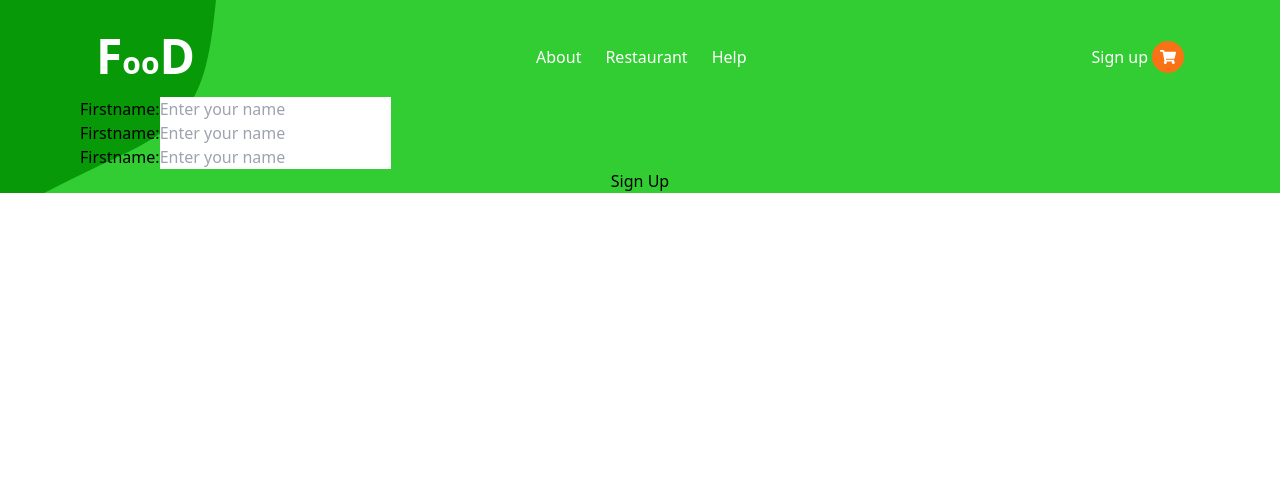
Repository: KhushiCode14/FoodWeb
Page: /signUp (app in frontend/)
An editor plug-in stored every save of this project. The page is shown before and after a run of saves, followed by the edit.
The browser window is 1280 px wide. The pictures show the whole page.
The project was rebuilt for these pictures with package versions that can differ from the ones it lists, and the page was loaded fresh each time. Also part of the build but not shown: frontend/src/Pages/Home.tsx, frontend/src/components/Home/SignIn.tsx, frontend/src/components/Home/Cart.tsx.

Above is the page before, as saved 2024-09-20 19:17:33.

After the next 2 saves:
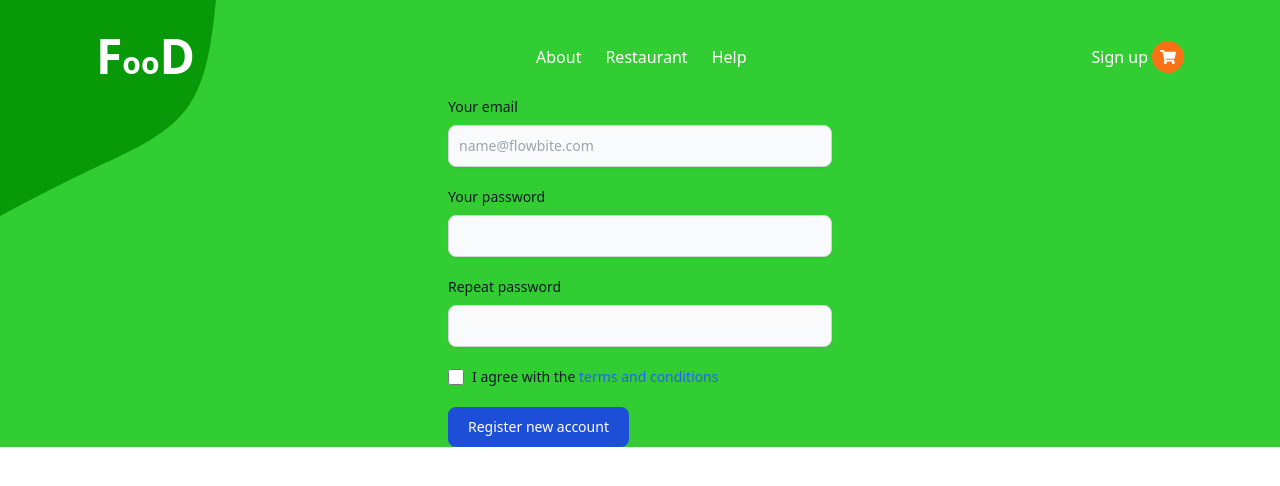
The 2 saves are shown as one change because 1 did not build or start.
The last was saved 13 min 24 s later.
--- a/frontend/src/components/Home/SignUp.tsx
+++ b/frontend/src/components/Home/SignUp.tsx
@@ -1,26 +1,95 @@
+import { useState } from "react";
 
 
-const SignUp = () => {
+const SignUp:React.FC = () => {
+  const [formData, setFormData] = useState({
+    email: '',
+    password: '',
+    repeatPassword: '',
+    terms: false,
+  });
+
+  const handleChange = (e: React.ChangeEvent<HTMLInputElement>) => {
+    const { id, value, checked, type } = e.target;
+    setFormData({
+      ...formData,
+      [id]: type === 'checkbox' ? checked : value,
+    });
+  };
+
+  const handleSubmit = (e: React.FormEvent) => {
+    e.preventDefault();
+    // Handle form submission
+    console.log(formData);
+  };
+
   return (
-    <div className="bg-inherit">
- <form className="flex flex-col">
-<div>
-<label htmlFor="firstname">Firstname:</label>
-<input type="text" id="firstname" placeholder="Enter your name" />
-</div>
-<div>
-<label htmlFor="firstname">Firstname:</label>
-<input type="text" id="firstname" placeholder="Enter your name" />
-</div>
-<div>
-<label htmlFor="firstname">Firstname:</label>
-<input type="text" id="firstname" placeholder="Enter your name" />
-</div>
-
-
-  <button type="submit">Sign Up</button>
- </form>
-    </div>
+    <form className="max-w-sm mx-auto" onSubmit={handleSubmit}>
+      <div className="mb-5">
+        <label htmlFor="email" className="block mb-2 text-sm font-medium text-gray-900 dark:text-white">
+          Your email
+        </label>
+        <input
+          type="email"
+          id="email"
+          value={formData.email}
+          onChange={handleChange}
+          className="shadow-sm bg-gray-50 border border-gray-300 text-gray-900 text-sm rounded-lg focus:ring-blue-500 focus:border-blue-500 block w-full p-2.5 dark:bg-gray-700 dark:border-gray-600 dark:placeholder-gray-400 dark:text-white dark:focus:ring-blue-500 dark:focus:border-blue-500 dark:shadow-sm-light"
+          placeholder="name@flowbite.com"
+          required
+        />
+      </div>
+      <div className="mb-5">
+        <label htmlFor="password" className="block mb-2 text-sm font-medium text-gray-900 dark:text-white">
+          Your password
+        </label>
+        <input
+          type="password"
+          id="password"
+          value={formData.password}
+          onChange={handleChange}
+          className="shadow-sm bg-gray-50 border border-gray-300 text-gray-900 text-sm rounded-lg focus:ring-blue-500 focus:border-blue-500 block w-full p-2.5 dark:bg-gray-700 dark:border-gray-600 dark:placeholder-gray-400 dark:text-white dark:focus:ring-blue-500 dark:focus:border-blue-500 dark:shadow-sm-light"
+          required
+        />
+      </div>
+      <div className="mb-5">
+        <label htmlFor="repeat-password" className="block mb-2 text-sm font-medium text-gray-900 dark:text-white">
+          Repeat password
+        </label>
+        <input
+          type="password"
+          id="repeatPassword"
+          value={formData.repeatPassword}
+          onChange={handleChange}
+          className="shadow-sm bg-gray-50 border border-gray-300 text-gray-900 text-sm rounded-lg focus:ring-blue-500 focus:border-blue-500 block w-full p-2.5 dark:bg-gray-700 dark:border-gray-600 dark:placeholder-gray-400 dark:text-white dark:focus:ring-blue-500 dark:focus:border-blue-500 dark:shadow-sm-light"
+          required
+        />
+      </div>
+      <div className="flex items-start mb-5">
+        <div className="flex items-center h-5">
+          <input
+            id="terms"
+            type="checkbox"
+            checked={formData.terms}
+            onChange={handleChange}
+            className="w-4 h-4 border border-gray-300 rounded bg-gray-50 focus:ring-3 focus:ring-blue-300 dark:bg-gray-700 dark:border-gray-600 dark:focus:ring-blue-600 dark:ring-offset-gray-800 dark:focus:ring-offset-gray-800"
+            required
+          />
+        </div>
+        <label htmlFor="terms" className="ms-2 text-sm font-medium text-gray-900 dark:text-gray-300">
+          I agree with the{' '}
+          <a href="#" className="text-blue-600 hover:underline dark:text-blue-500">
+            terms and conditions
+          </a>
+        </label>
+      </div>
+      <button
+        type="submit"
+        className="text-white bg-blue-700 hover:bg-blue-800 focus:ring-4 focus:outline-none focus:ring-blue-300 font-medium rounded-lg text-sm px-5 py-2.5 text-center dark:bg-blue-600 dark:hover:bg-blue-700 dark:focus:ring-blue-800"
+      >
+        Register new account
+      </button>
+    </form>
   )
 }
 
